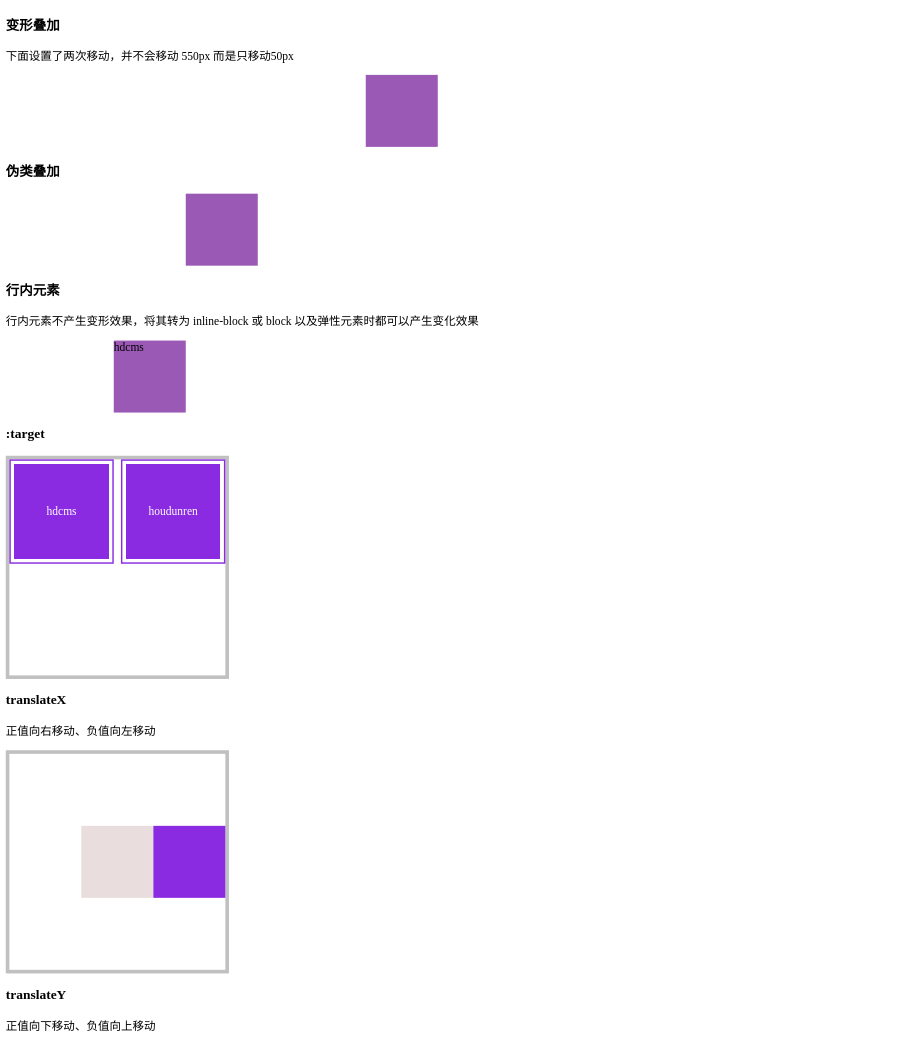
Repository: Aissd/animateDemo
Page: translate.html
These files come from the project's save history. The page is drawn as it stood at one moment and after the next save; the edit follows.
The browser window is 1280 px wide. The pictures show the whole page, at 72% of full size.

Above is the page before, as saved 2020-05-11 22:02:13.

### translate.html
<!DOCTYPE html>
<html lang="en">
<head>
    <meta charset="UTF-8">
    <meta name="viewport" content="width=device-width, initial-scale=1.0">
    <title>变形动画</title>
    <link rel="stylesheet" href="./css/translate.css" />
</head>
<body>
    <div class="container">
        <section class="demo-section">
            <h3>变形叠加</h3>
            <p>下面设置了两次移动，并不会移动 550px 而是只移动50px</p>
            <div class="demo01"></div>
        </section>

        <section class="demo-section">
            <h3>伪类叠加</h3>
            <div class="demo02"></div>
        </section>

        <section class="demo-section">
            <h3>行内元素</h3>
            <p>行内元素不产生变形效果，将其转为 inline-block 或 block 以及弹性元素时都可以产生变化效果</p>
            <span class="demo03">hdcms</span>
        </section>

        <section class="demo-section">
            <h3>:target</h3>
            <article class="demo04">
                <div>
                    <a href="#hdcms">hdcms</a>
                    <aside id="hdcms">内容管理系统</aside>
                </div>
                <div>
                    <a href="#houdunren">houdunren</a>
                    <aside id="houdunren">在线社区</aside>
                </div>
            </article>
        </section>

        <section class="demo-section">
            <h3>translateX</h3>
            <p>正值向右移动、负值向左移动</p>
            <article class="demo05">
                <div></div>
                <div></div>
            </article>
        </section>

        <section class="demo-section">
            <h3>translateY</h3>
            <p>正值向下移动、负值向上移动</p>
            <article class="demo06">
                <div></div>
                <div></div>
            </article>
        </section>
    </div>
</body>
</html>

### css/translate.css
.demo01 {
    transform: translateX(500px);
    width: 100px;
    height: 100px;
    background: #9b59b6;
}

.demo01:nth-child(1) {
    transform: translateX(50px);
}

.demo02 {
    transition: 2s;
    transform: translateX(200px) translateX(50px);
    width: 100px;
    height: 100px;
    background: #9b59b6;
    transition: 2s;
}

.demo02:hover {
    transform: translateX(100px);
}

.demo03 {
    display: inline-block; /* 去掉这行就失效了 */
    transition: 2s;
    transform: translateX(100px) translateX(50px);
    width: 100px;
    height: 100px;
    background: #9b59b6;
    transition: 2s;
}

.demo03:hover {
    transform: translateX(100px);
}

.demo04 {
    width: 300px;
    height: 300px;
    display: grid;
    gap: 10px;
    grid-template-columns: repeat(2, 1fr);
    grid-template-rows: repeat(2, 1fr);
    position: relative;
    border: 5px solid silver;
    color: #fff;
}

.demo04 div a {
    color: #fff;
    text-decoration: none;
}

.demo04 div,
.demo04 div aside {
    background: blueviolet;
    background-clip: content-box;
    padding: 5px;
    border: solid 2px blueviolet;
    box-sizing: border-box;
    display: flex;
    justify-content: center;
    align-items: center;
    position: relative;
}

.demo04 div aside {
    position: absolute;
    display: none;
    width: 100px;
    height: 100px;
}

.demo04 aside:target {
    display: block;
    transform: translateY(150px);
    box-shadow: 0 0 10px #ddd;
}


.demo05 {
    width: 300px;
    height: 300px;
    position: relative;
    border: solid 5px silver;
}

.demo05 div {
    width: 100px;
    height: 100px;
    background: blueviolet;
    box-sizing: border-box;
    position: absolute;
    left: 50%;
    margin-left: -50px;
    top: 50%;
    margin-top: -50px;
}

.demo05 div:nth-child(1) {
    background: #e9dddd;
}

.demo05 div:nth-child(2) {
    transform: translateX(100px);
}

After the next save:
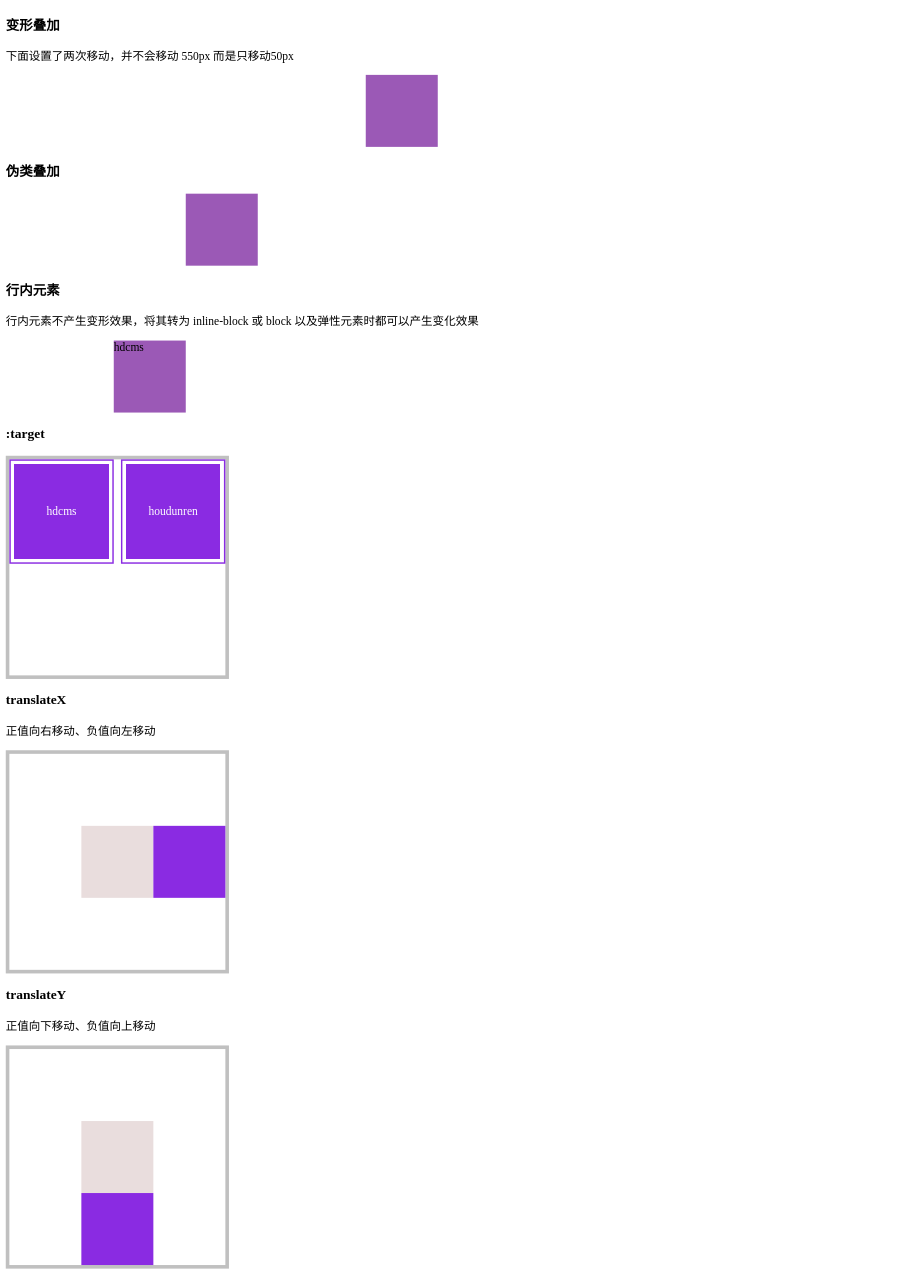
Saved 1 s later.
--- a/css/translate.css
+++ b/css/translate.css
@@ -79,7 +79,6 @@
     box-shadow: 0 0 10px #ddd;
 }
 
-
 .demo05 {
     width: 300px;
     height: 300px;
@@ -106,3 +105,30 @@
 .demo05 div:nth-child(2) {
     transform: translateX(100px);
 }
+
+.demo06 {
+    width: 300px;
+    height: 300px;
+    position: relative;
+    border: solid 5px silver;
+}
+
+.demo06 div {
+    width: 100px;
+    height: 100px;
+    background: blueviolet;
+    box-sizing: border-box;
+    position: absolute;
+    left: 50%;
+    margin-left: -50px;
+    top: 50%;
+    margin-top: -50px;
+}
+
+.demo06 div:nth-child(1) {
+    background: #e9dddd;
+}
+
+.demo06 div:nth-child(2) {
+	transform: translateY(100px);
+}
